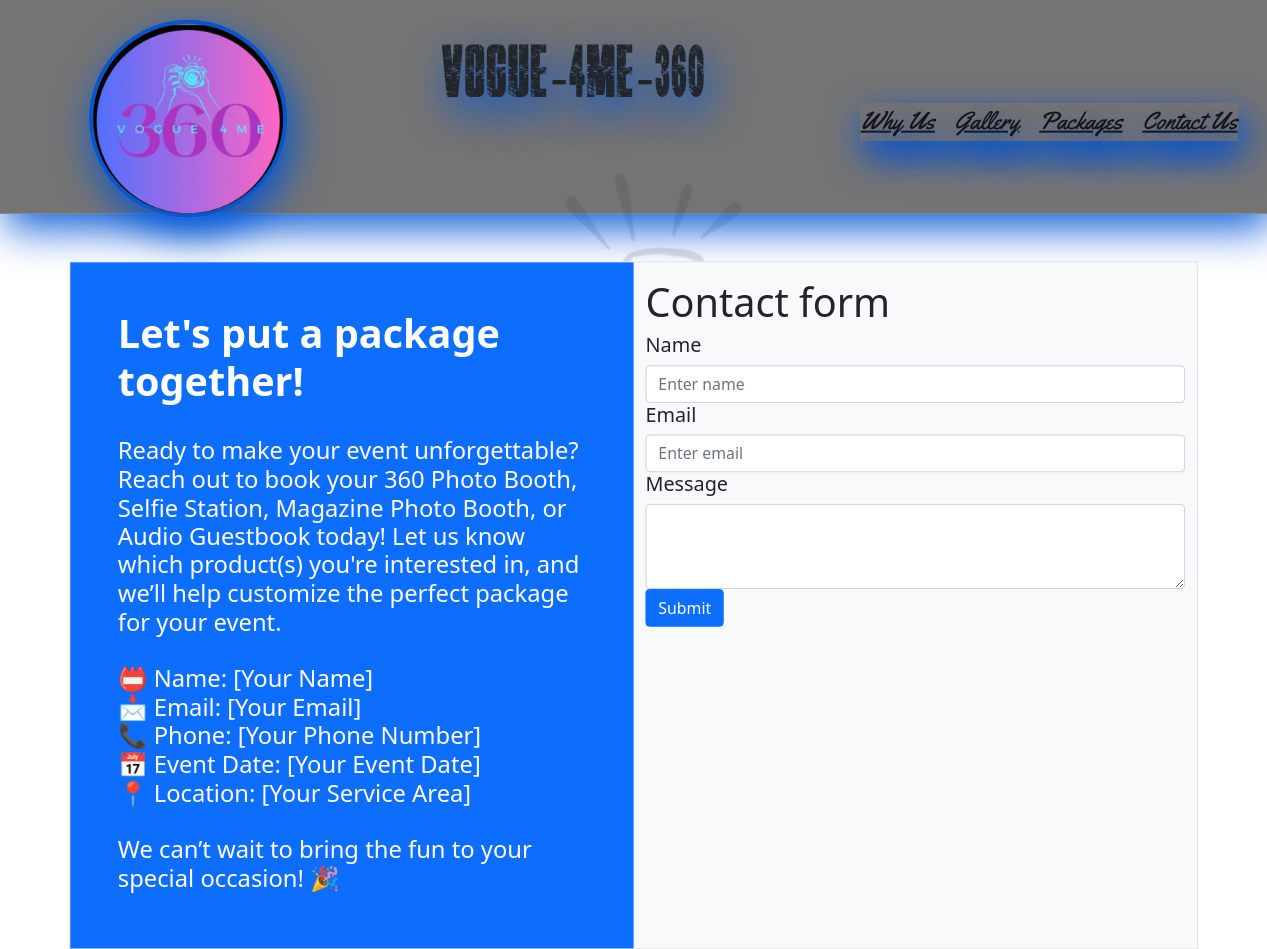
Repository: ErvinClay13/Vogue360-website
Page: contactUs.html
An editor plug-in stored every save of this project. The page is shown before and after the next save, followed by the edit.
The browser window is 1280 px wide. The pictures show the whole page, at 99% of full size.
Backgrounds fixed to the window are drawn as part of the page.

Above is the page before, as saved 2025-03-06 04:01:52.
Console error: ReferenceError: emailjs is not defined

After the next save:
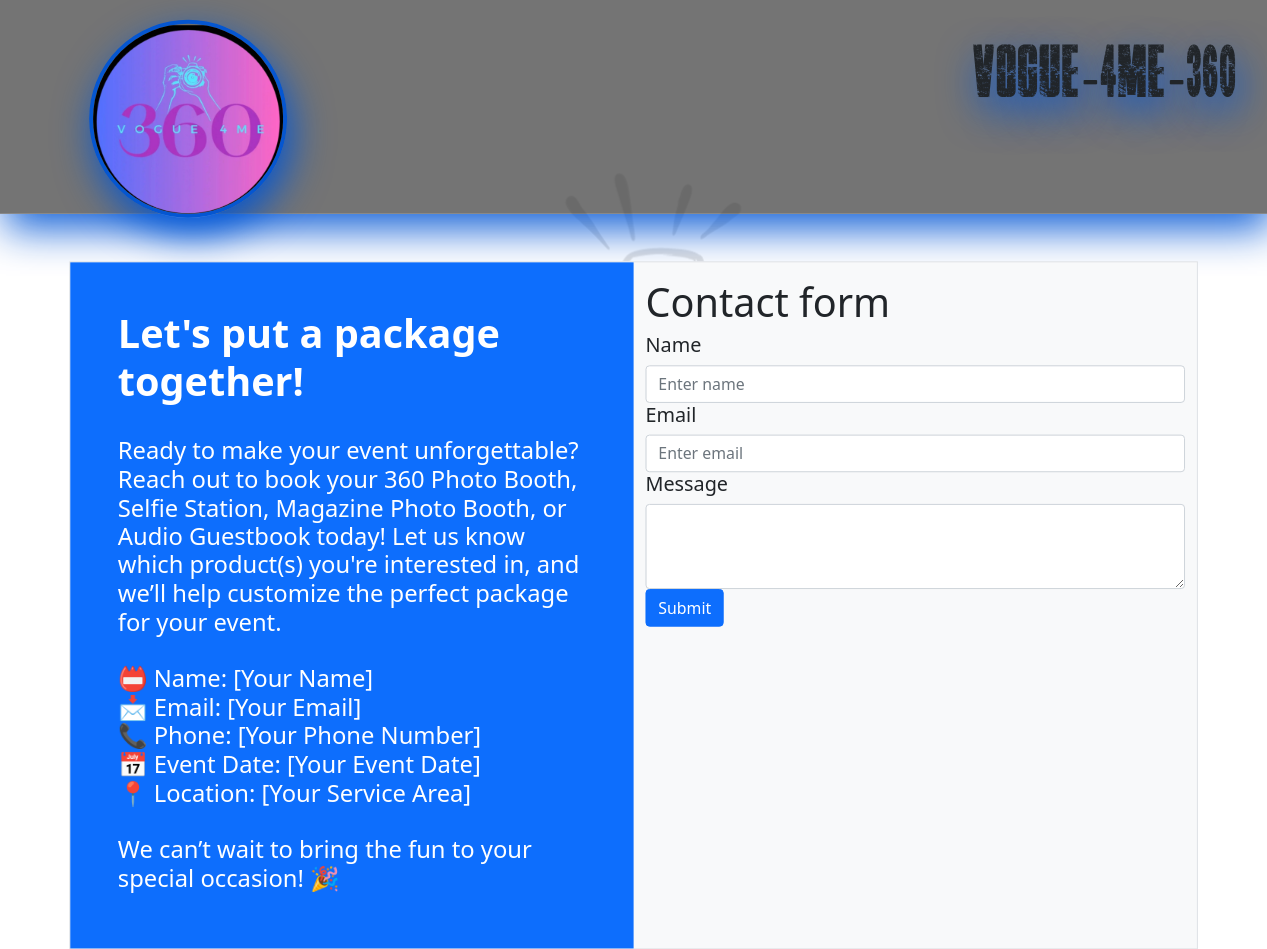
Saved 4 min 16 s later.
--- a/contactUs.html
+++ b/contactUs.html
@@ -168,11 +168,7 @@
           <div></div>
         </div>
 
-        <nav class="link-pages" id="link_pages">
-          <a href="why-us.html">Why Us</a>
-          <a href="gallery.html">Gallery</a>
-          <a href="packages.html">Packages</a>
-          <a href="contactUs.html">Contact Us</a>
+
         </nav>
       </header>
     </div>

After the save that followed:
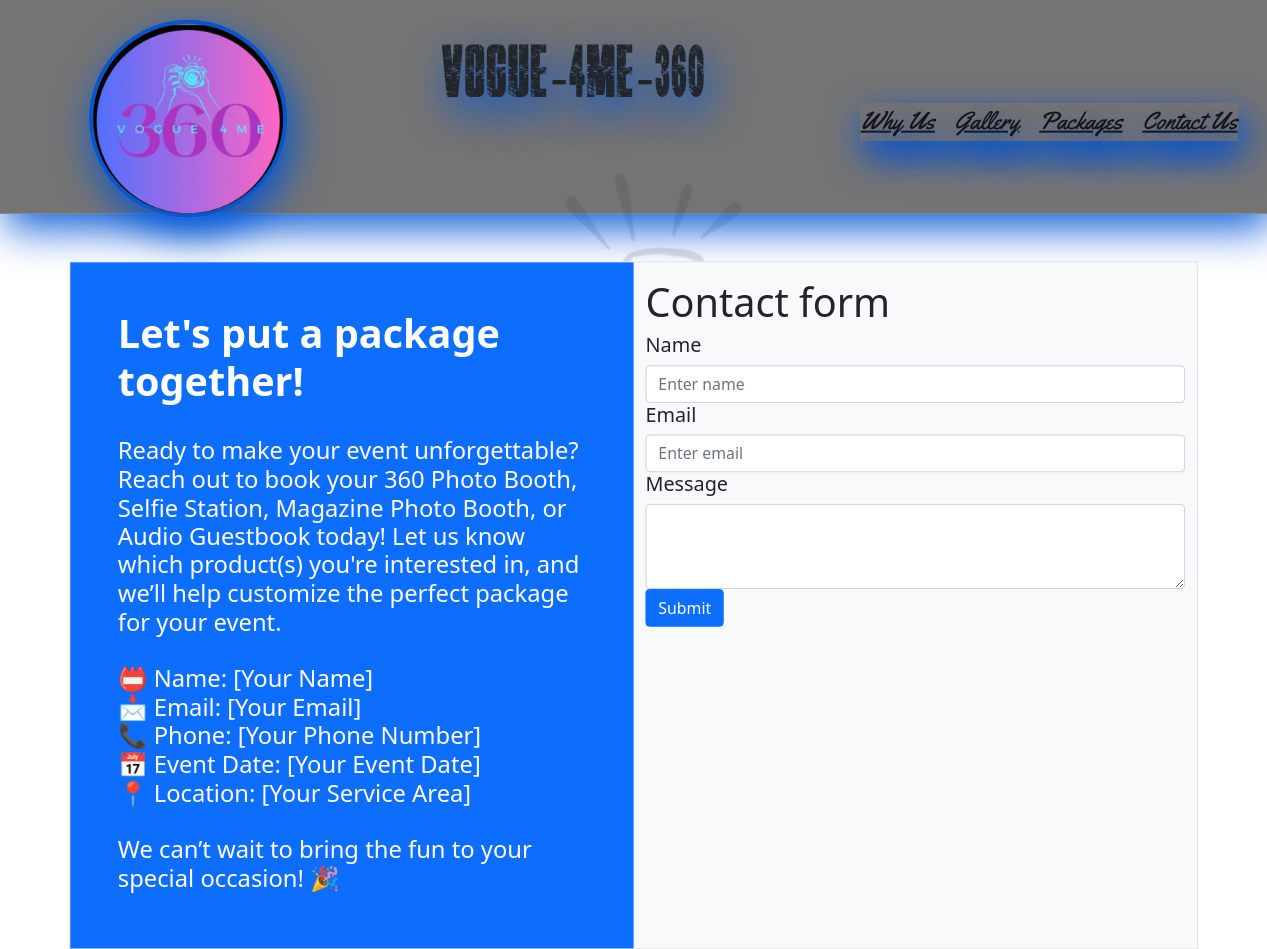
Saved 5 s later.
--- a/contactUs.html
+++ b/contactUs.html
@@ -168,7 +168,11 @@
           <div></div>
         </div>
 
-
+        <nav class="link-pages" id="link_pages">
+          <a href="why-us.html">Why Us</a>
+          <a href="gallery.html">Gallery</a>
+          <a href="packages.html">Packages</a>
+          <a href="contactUs.html">Contact Us</a>
         </nav>
       </header>
     </div>
